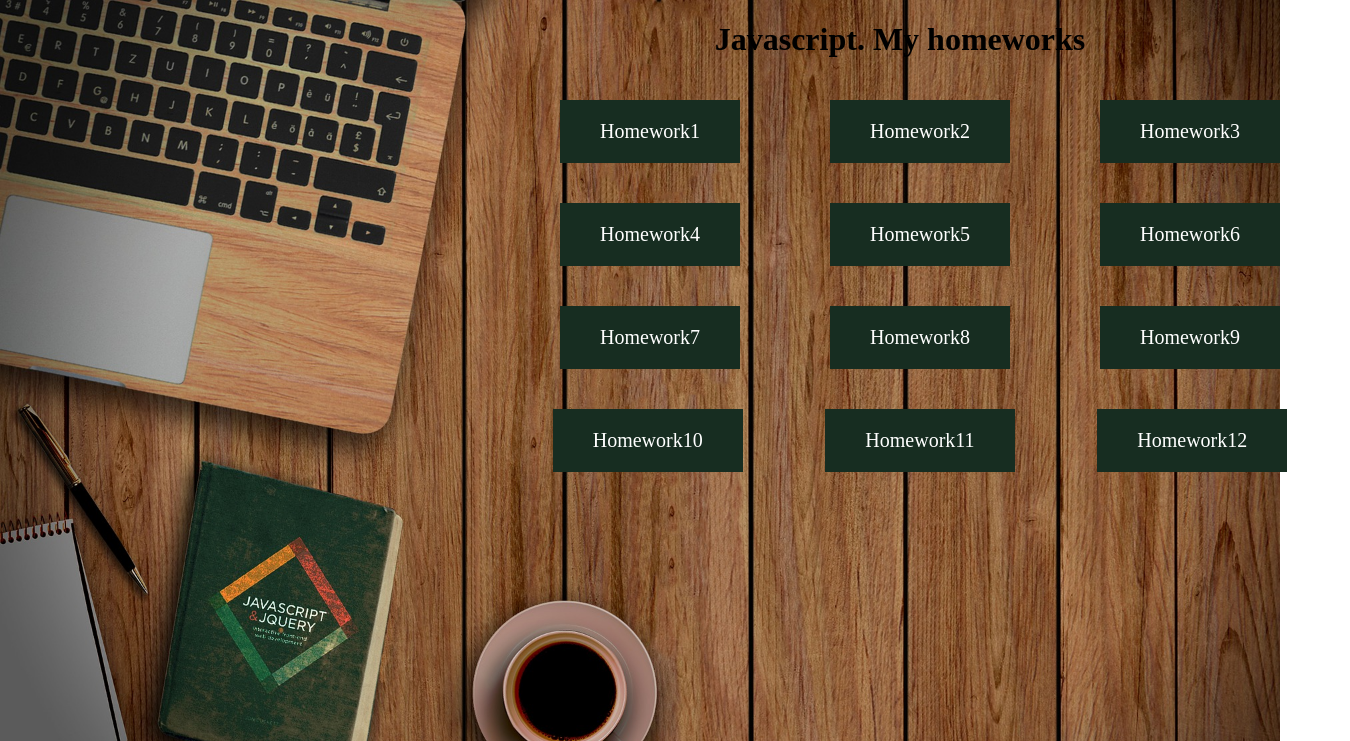
Repository: mariiastetsko/cursor-js-hw
Page: index.html
These files come from the project's save history. The page is drawn as it stood at one moment and after the next save; the edit follows.
The browser window is 1280 px wide. The page is 1350 px wide, so the pictures cover 1350 px, including what lies to the right of the window. The pictures show the whole page.

Above is the page before, as saved 2020-07-22 20:11:44.

### index.html
<!DOCTYPE html>
<html lang="en">
  <head>
    <meta charset="UTF-8" />
    <meta name="viewport" content="width=device-width, initial-scale=1.0" />
    <title>Cursor.JS.Homeworks</title>
    <link rel="stylesheet" href="./style.css" />
  </head>
  <body>
    <div class="homeworks">
    <h1>Javascript. My homeworks</h1>
    <ul class="list">
      <li>
        <a href="./HW1/index.html">Homework1</a>
      </li>
      <li><a href="./HW2/index.html">Homework2 </a></li>
      <li><a href="./HW3/index.html">Homework3</a></li>
      <li><a href="./HW4/index.html">Homework4</a></li>
      <li><a href="./HW5/index.html">Homework5</a></li>
      <li><a href="./HW6/index.html">Homework6</a></li>
      <li><a href="./HW7/index.html">Homework7</a></li>
      <li><a href="./HW8/index.html">Homework8</a></li>
      <li><a href="./HW9/index.html">Homework9</a></li>
      <li><a href="./HW10/index.html">Homework10</a></li>
      <li><a href="./HW11/index.html">Homework11</a></li>
      <li><a href="./HW12/index.html">Homework12</a></li>
    </ul>
  </div>
  </body>
</html>

### style.css
* {
    box-sizing: border-box;
}

body {
    margin: 0 auto;
    padding: 0;
    min-width: 900px;
    min-height: 100vh;
    background-image: url('./background.jpg');
    background-repeat: no-repeat;
    background-size: cover;
}


ul {
    list-style: none;
}

.list {
    display: flex;
    justify-content: space-evenly;
    flex-wrap: wrap;
}

li, a {
    text-decoration: none;
    padding: 20px 10px;
    margin: 20px 20px;
    color: #FFF;
    font-size: 20px;
    background: #172D21 ;
}

.homeworks {
    width: 900px;
    text-align: center;
    margin-left: 450px;
}

After the next save:
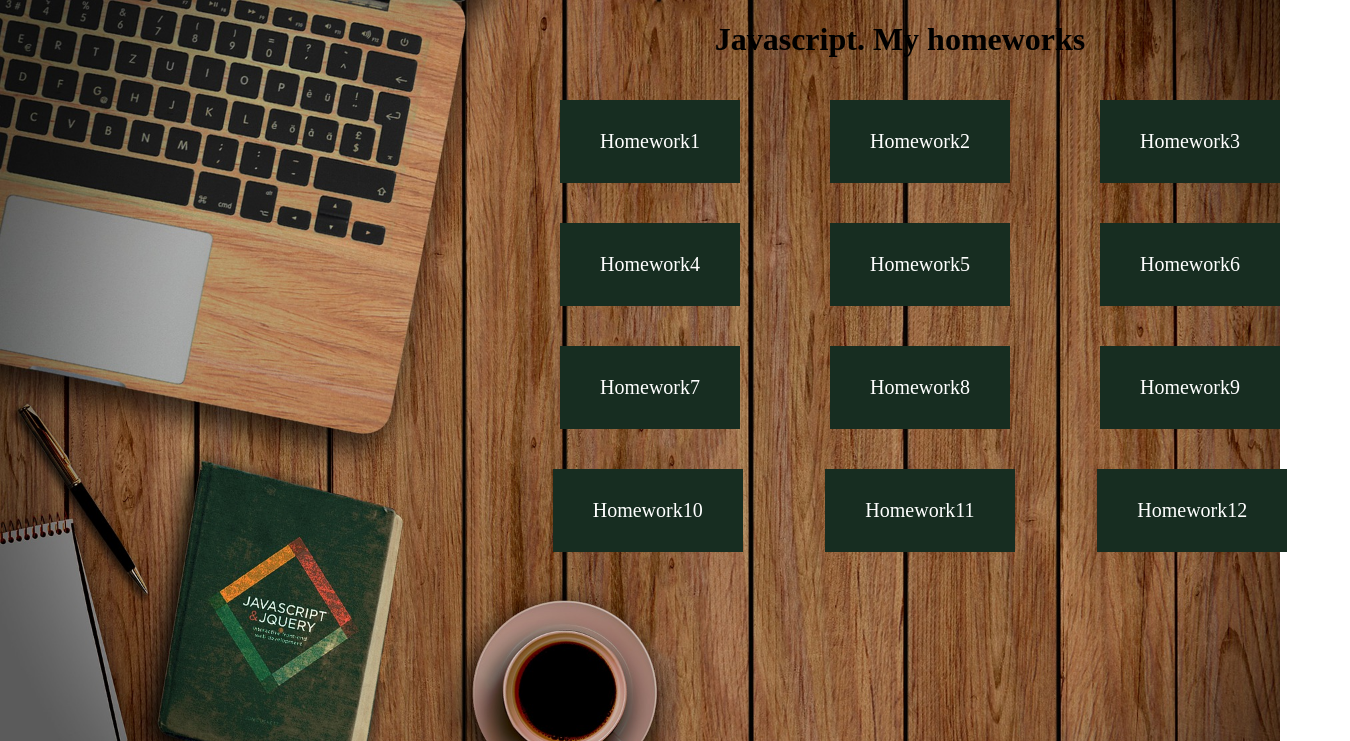
Saved 78 s later.
--- a/style.css
+++ b/style.css
@@ -25,7 +25,7 @@ ul {
 
 li, a {
     text-decoration: none;
-    padding: 20px 10px;
+    padding: 30px 10px;
     margin: 20px 20px;
     color: #FFF;
     font-size: 20px;
